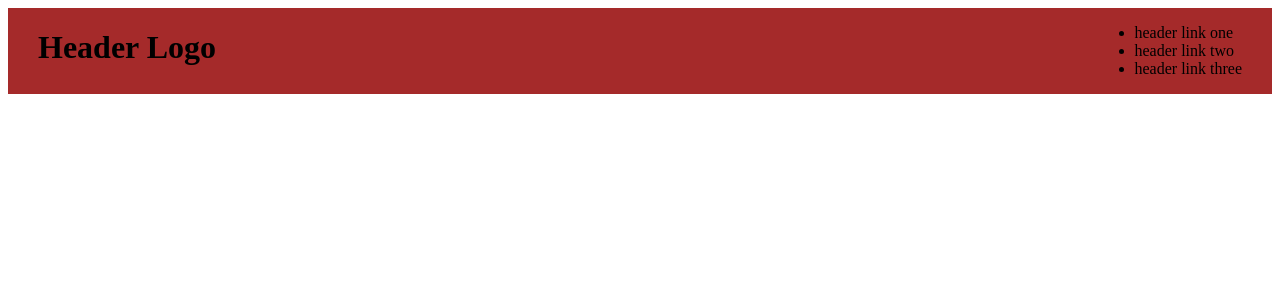
Repository: nlsukhde/porfolio
Page: index.html
An editor plug-in stored every save of this project. The page is shown before and after the next save, followed by the edit.
The browser window is 1280 px wide. The pictures show the whole page.

Above is the page before, as saved 2025-06-19 16:20:58.

### index.html
<!DOCTYPE html>
<html lang="en">
<head>
    <meta charset="UTF-8">
    <meta name="viewport" content="width=device-width, initial-scale=1.0">
    <link rel="stylesheet" href="app.css">
    <title>Nickolas Sukhdeo Porfolio</title>
</head>
<body>

    <div class = "section1">
    <header>
        <h1>Header Logo</h1>
        <nav>
        <ul class="navbar">
            <li>header link one</li>
            <li>header link two</li>
            <li>header link three</li>
        </ul>
        </nav>
    </header>
    </div>
</body>
</html>

### app.css
.section1 {
    background-color: brown;

header{
    display: flex;
    justify-content: space-between;
    padding-right: 30px;
    padding-left: 30px;
}

After the next save:
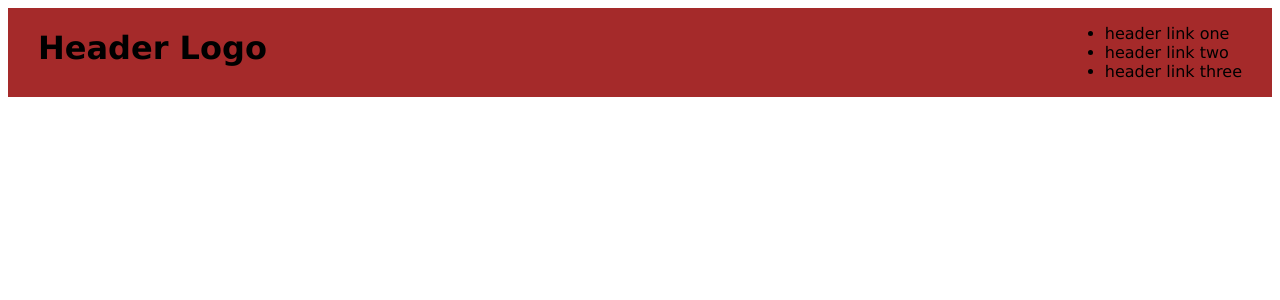
Saved 27 s later.
--- a/app.css
+++ b/app.css
@@ -1,5 +1,10 @@
 .section1 {
     background-color: brown;
+}
+
+body{
+    font-family: 'Lucida Sans', 'Lucida Sans Regular', 'Lucida Grande', 'Lucida Sans Unicode', Geneva, Verdana, sans-serif;
+}
 
 header{
     display: flex;
